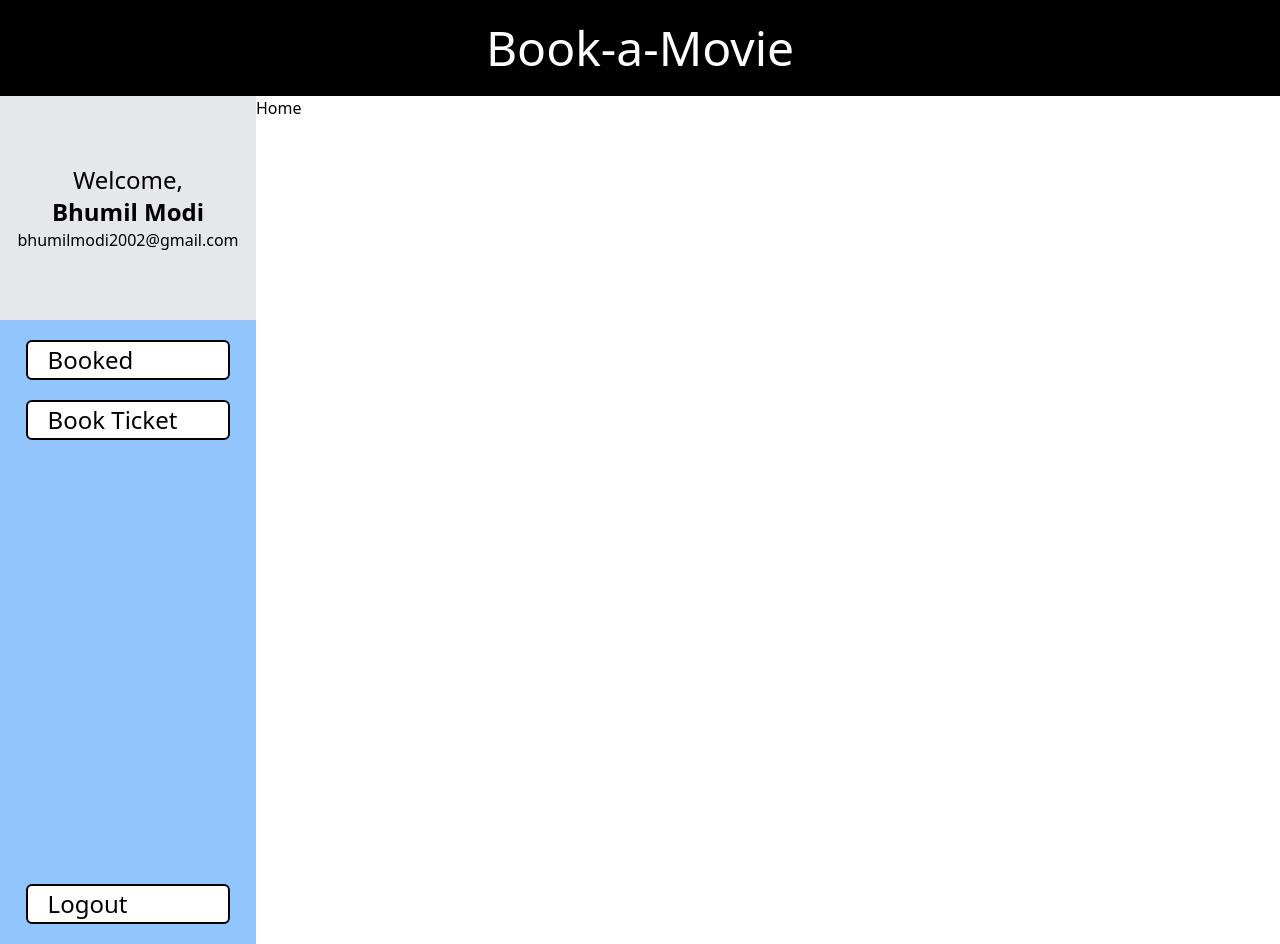
Repository: BhumilModi/movie-booking-app-assignment
Page: /Home
The author's editor kept a copy of each file at every save. The page is drawn from the files as they stood at one save, then again after the next save.
The browser window is 1280 px wide. The pictures show the whole page.
The project was rebuilt for these pictures with package versions that can differ from the ones it lists, and the page was loaded fresh each time. Also part of the build but not shown: src/App.css, src/components/Login.jsx, src/components/SignUp.jsx.

Above is the page before, as saved 2022-11-29 19:25:12.

### src/App.js
import { BrowserRouter, Route, Routes } from 'react-router-dom';
import './App.css';
import Home from './components/Home';
import Login from './components/Login';
import SignUp from './components/SignUp';
function App() {

  return (
    <BrowserRouter>
      <Routes>
        <Route path='/' element={<Login />} />
        <Route path='/signUp' element={<SignUp />} />
        <Route path='/Home' element={<Home />} />
      </Routes>
    </BrowserRouter>
  );
}

export default App;

### src/components/Home.jsx
import React from "react";
import Navbar from "./Navbar";
import Sidebar from "./Sidebar";

function Home() {
  return (
    <div className="h-screen flex flex-col">
      <Navbar />
      <div className="flex flex-1">
        <Sidebar />
        Home
      </div>
    </div>
  );
}

export default Home;

### src/components/Navbar.jsx
import React from "react";

function Navbar() {
  return (
    <div className="h-24 bg-black flex justify-center items-center w-full">
      <div className="text-white text-[48px]">Book-a-Movie</div>
    </div>
  );
}

export default Navbar;

### src/components/Sidebar.jsx
import React from "react";

function Sidebar() {
  return (
    <div className="w-1/5 h-full bg-gray-200">
      <div className="flex flex-col justify-center items-center my-10 px-10 h-[20vh] ">
        <div className="text-2xl">Welcome,</div>
        <div className="text-2xl font-semibold">Bhumil Modi</div>
        <div className="text-md">bhumilmodi2002@gmail.com</div>
      </div>
      <div className="flex flex-col justify-between bg-blue-300 h-full">
        <div>
          <div className="bg-white w-[80%] mx-auto px-5 h-10 border-black border-2 rounded-md text-[24px] my-5">
            Booked
          </div>
          <div className="bg-white w-[80%] mx-auto px-5 h-10 border-black border-2 rounded-md text-[24px] my-5">
            Book Ticket
          </div>
        </div>
        <div className="bg-white w-[80%] mx-auto px-5 h-10 border-black border-2 rounded-md text-[24px] my-5">
          Logout
        </div>
      </div>
    </div>
  );
}

export default Sidebar;

Loaded but not shown: public/index.html (common file); src/index.js (common file); src/index.css (common file); tailwind.config.js (common file)

After the next save:
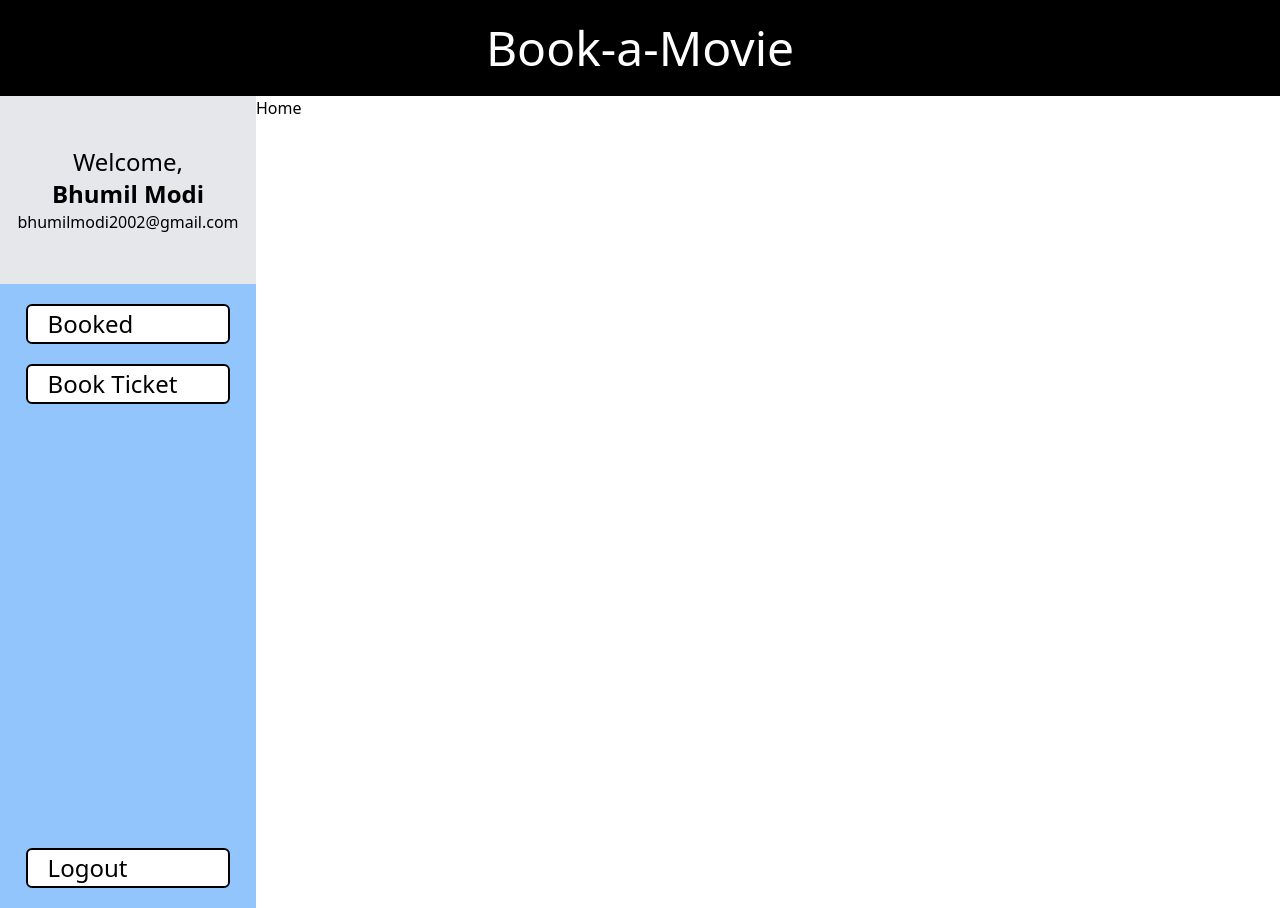
Saved 7 s later.
--- a/src/components/Sidebar.jsx
+++ b/src/components/Sidebar.jsx
@@ -3,7 +3,7 @@ import React from "react";
 function Sidebar() {
   return (
     <div className="w-1/5 h-full bg-gray-200">
-      <div className="flex flex-col justify-center items-center my-10 px-10 h-[20vh] ">
+      <div className="flex flex-col justify-center items-center my-10 px-10 h-[15vh] ">
         <div className="text-2xl">Welcome,</div>
         <div className="text-2xl font-semibold">Bhumil Modi</div>
         <div className="text-md">bhumilmodi2002@gmail.com</div>
